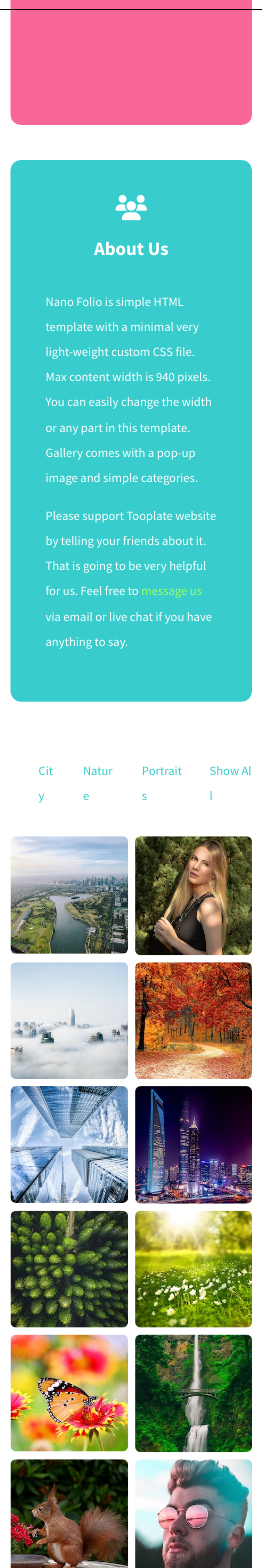
Repository: BuiVanVu102/Tooplate
Page: index.html
An editor plug-in stored every save of this project. The page is shown before and after the next save, followed by the edit.
The browser window is 375 px wide. The pictures show the part of the page from y = 351 to 2591 px (the page is 3765 px tall), at 70% of full size.
Some web libraries are served in a nearby version. The style sheet was rebuilt from its Sass, Less or Tailwind sources for each picture, by a compiler version that may differ from the author's.

Above is the page before, as saved 2021-11-17 14:39:16.

After the next save:
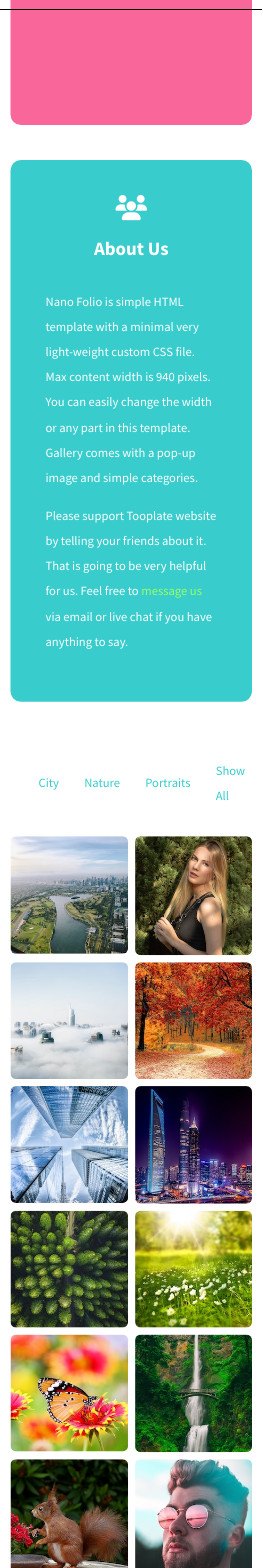
Saved 113 s later.
--- a/sass/_show.scss
+++ b/sass/_show.scss
@@ -70,8 +70,7 @@
 	// 	display: inline-block;
 	// }
 	.menu{
-		word-break: break-all;
-		overflow-wrap: break-word;
+		// word-break: break-all;
 		padding: 0;
 		margin-left: 40px;
 	}
